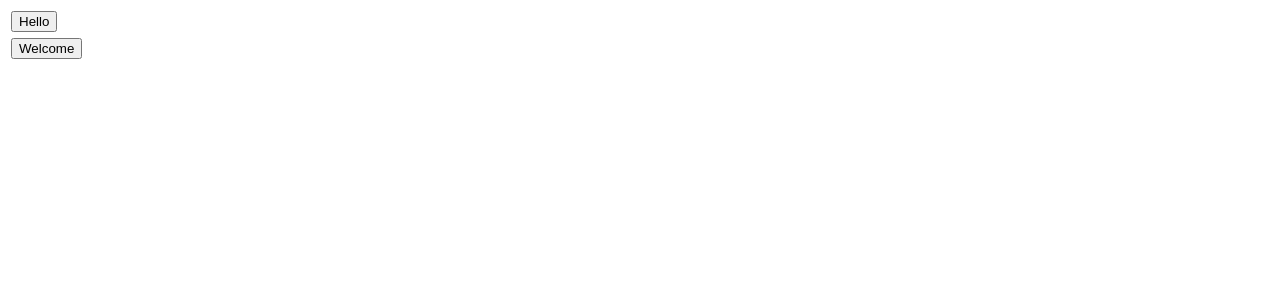
Repository: user-yo-yo/test
Page: http://localhost/WebProj3/
An editor plug-in stored every save of this project. The page is shown before and after the next save, followed by the edit.
The browser window is 1280 px wide. The pictures show the whole page.
The page is served by Tomcat 9. Other server files are loaded and not shown.

Above is the page before, as saved 2019-03-27 04:45:24.

### WebProj3/WebContent/index.jsp
<%@ page language="java" contentType="text/html; charset=UTF-8"
    pageEncoding="UTF-8"%>
<%@ taglib prefix="s" uri="/struts-tags" %>
<!DOCTYPE html>
<html>
<head>
<meta charset="UTF-8">
<title>Index</title>
</head>
<body>
	<s:form action="HelloStrutsAction">
		<s:submit value="Hello" />
	</s:form>

	<s:form action="WelcomeAction">
		<s:submit value="Welcome" />
	</s:form>

<%-- 	<s:form action="InquiryAction"> --%>
<%-- 		<s:submit value="問い合わせ" /> --%>
<%-- 	</s:form> --%>

<!-- 	<br> -->
<!-- 	GET通信 -->
<%-- 		<s:form method="get" action="TestAction"> --%>
<%-- 			<s:textfield name="username" /> --%>
<%-- 			<s:password name="password" /> --%>
<%-- 			<s:submit value="送信" /> --%>
<%-- 		</s:form> --%>
<!-- 	POST通信 -->
<%-- 		<s:form method="post" action="TestAction"> --%>
<%-- 			<s:textfield name="username" /> --%>
<%-- 			<s:password name="password" /> --%>
<%-- 			<s:submit value="送信" /> --%>
<%-- 		</s:form> --%>
</body>
</html>

After the next save:
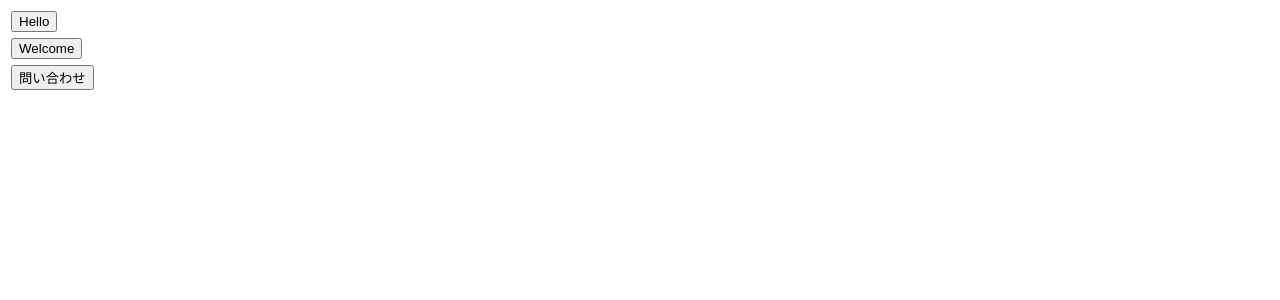
Saved 75 s later.
--- a/WebProj3/WebContent/index.jsp
+++ b/WebProj3/WebContent/index.jsp
@@ -16,9 +16,9 @@
 		<s:submit value="Welcome" />
 	</s:form>
 
-<%-- 	<s:form action="InquiryAction"> --%>
-<%-- 		<s:submit value="問い合わせ" /> --%>
-<%-- 	</s:form> --%>
+	<s:form action="InquiryAction">
+		<s:submit value="問い合わせ" />
+	</s:form>
 
 <!-- 	<br> -->
 <!-- 	GET通信 -->
